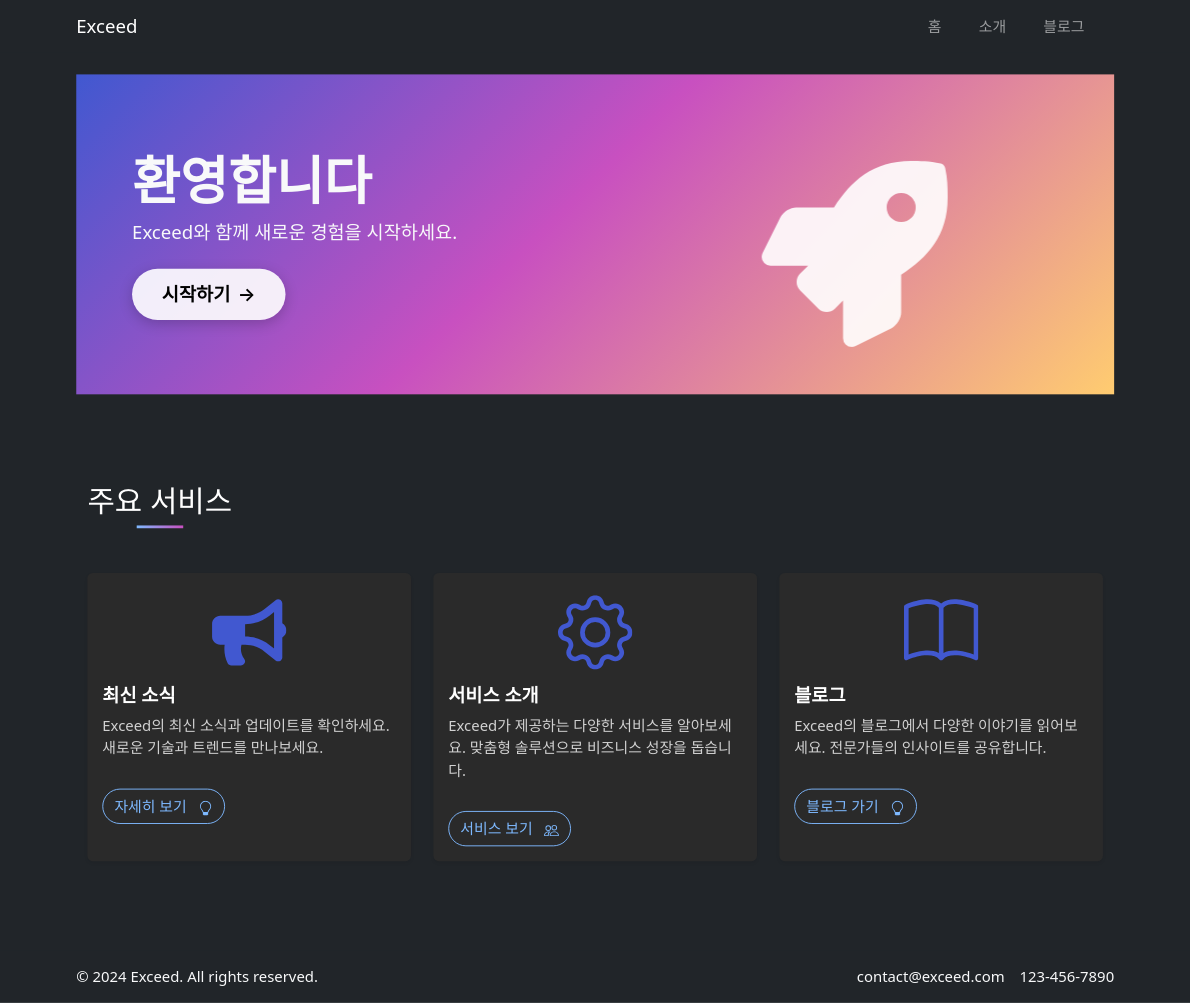
Repository: somej-123/exceed
Page: /
The author's editor kept a copy of each file at every save. The page is drawn from the files as they stood at one save, then again after the next save.
The browser window is 1280 px wide. The pictures show the whole page, at 93% of full size.
The project was rebuilt for these pictures with package versions that can differ from the ones it lists, and the page was loaded fresh each time. Also part of the build but not shown: vite.config.ts, src/pages/Info.tsx, src/pages/Blog.tsx.

Above is the page before, as saved 2025-03-23 20:10:36.

After the next save:
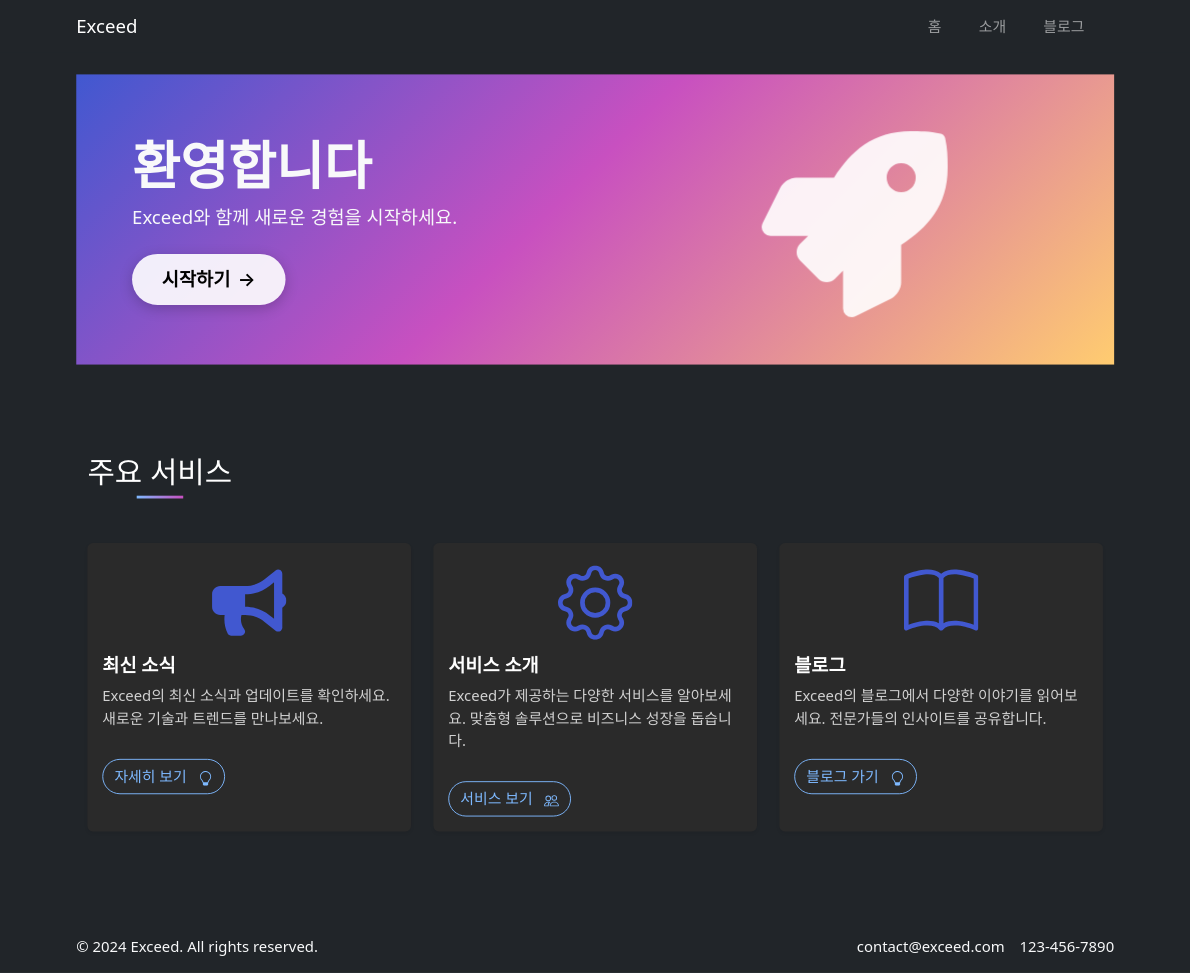
Saved 4 s later.
--- a/src/pages/Home.tsx
+++ b/src/pages/Home.tsx
@@ -30,7 +30,7 @@
                 </Button> */}
               </div>
             </Col>
-            <Col md={6} className="text-center pt-5">
+            <Col md={6} className="text-center pt-3">
               <FaRocket size={200} className="hero-icon" />
             </Col>
           </Row>

After the save that followed:
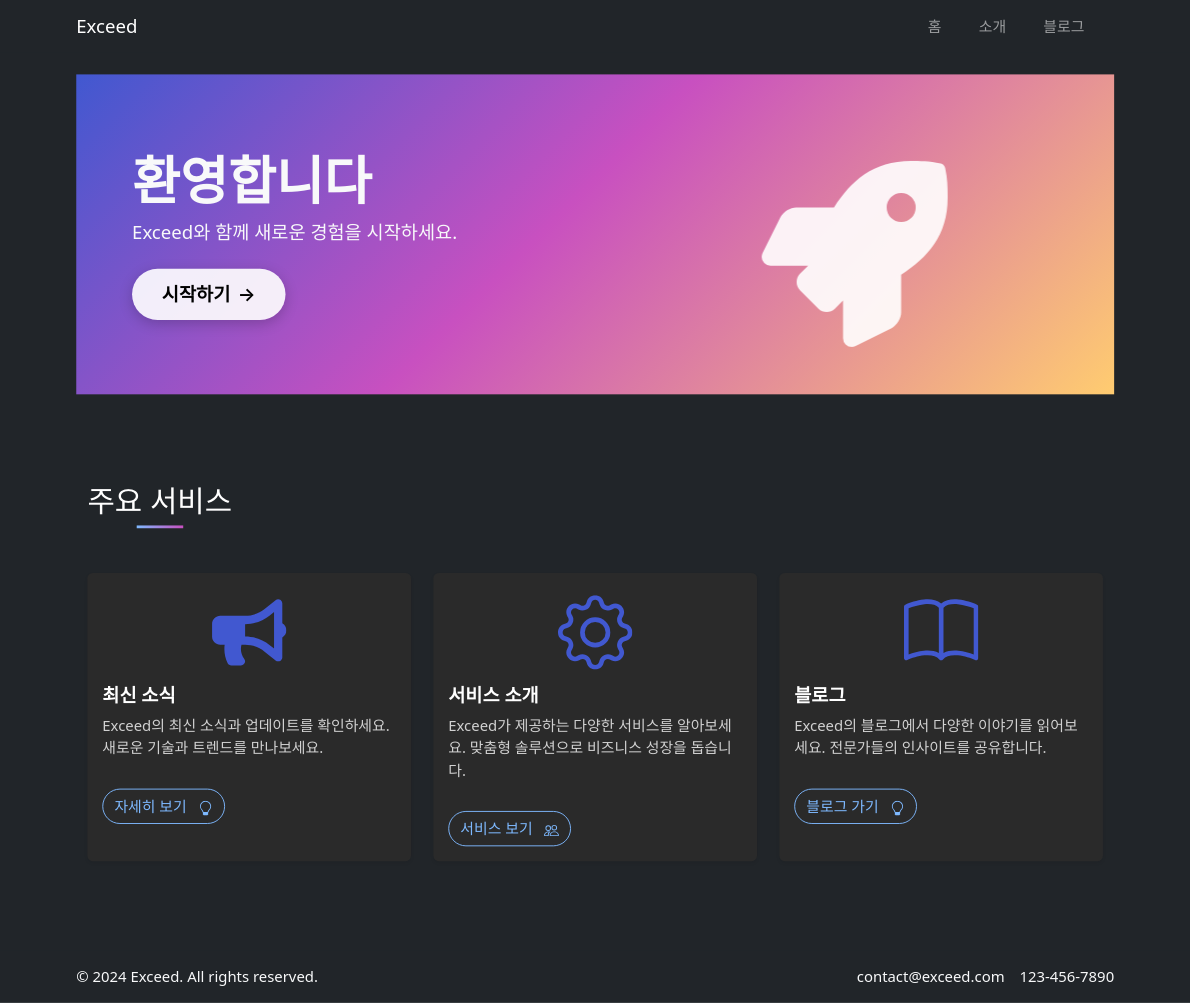
Saved 12 s later.
--- a/src/pages/Home.tsx
+++ b/src/pages/Home.tsx
@@ -30,7 +30,7 @@
                 </Button> */}
               </div>
             </Col>
-            <Col md={6} className="text-center pt-3">
+            <Col md={6} className="text-center pt-5">
               <FaRocket size={200} className="hero-icon" />
             </Col>
           </Row>
